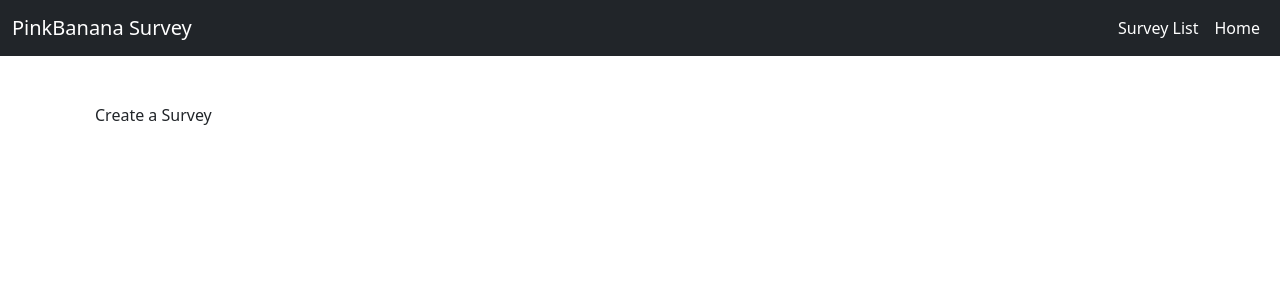
Repository: miaaow42/BananaProject
Page: / (app in front-end/)
These files come from the project's save history. The page is drawn as it stood at one moment and after the next save; the edit follows.
The browser window is 1280 px wide. The pictures show the whole page.
The project was rebuilt for these pictures with package versions that can differ from the ones it lists, and the page was loaded fresh each time. Also part of the build but not shown: front-end/src/App.css.

Above is the page before, as saved 2022-12-08 04:44:04.

After the next save:
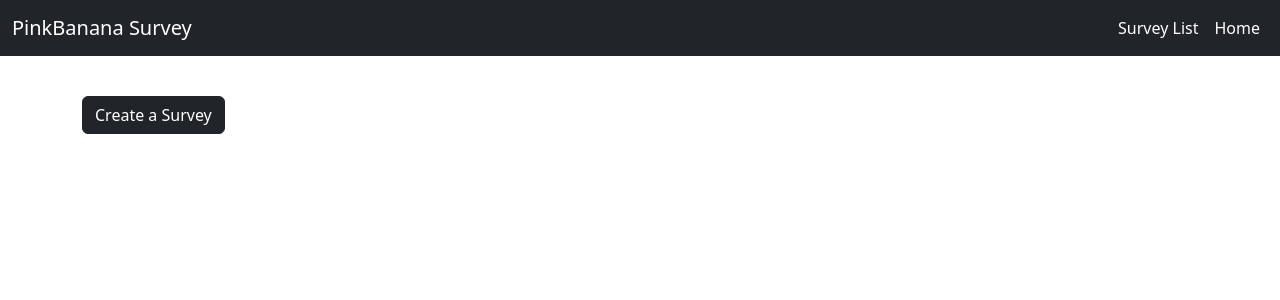
Saved 27 s later.
--- a/front-end/src/content/home.tsx
+++ b/front-end/src/content/home.tsx
@@ -9,7 +9,7 @@ function Home()
             <h1 className="mb-5">Welcome to our Site</h1>
 
             <Link to={"/add-survey"}>
-                <button className="btn btn-black"> Create a Survey</button>
+                <button className="btn btn-dark"> Create a Survey</button>
             </Link>
 
         </div>
